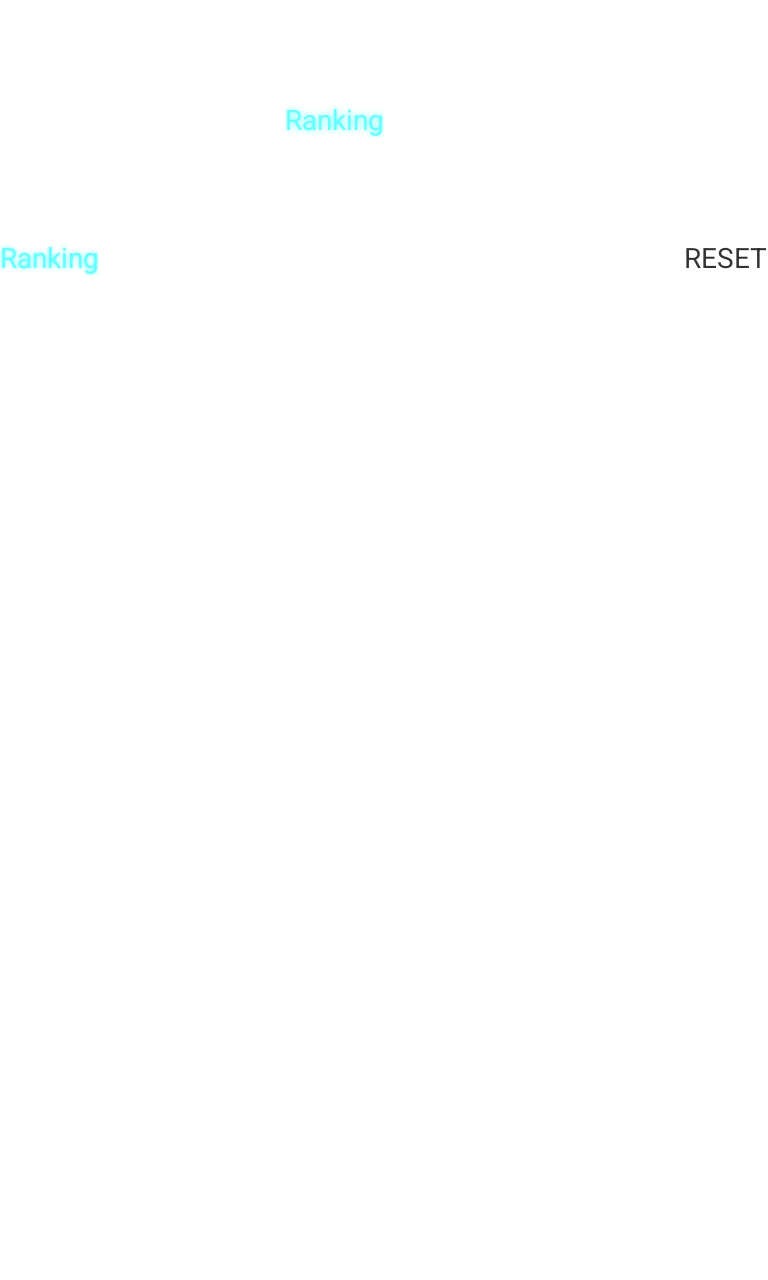
Repository: zwycid/dimension-drive-downside
Layout: lk/gameUIDesign/res/layout/ranking.xml
These files come from the project's save history. The layout is drawn as it stood at one moment and after the next save; the edit follows.
It is drawn on a 768 x 1280 px phone screen (xhdpi) without system bars, with theme AppTheme; the app's code is not run. Lists and similar views that code fills are empty.

Above is the layout before, as saved 2012-07-10 15:48:29.

After the next save:
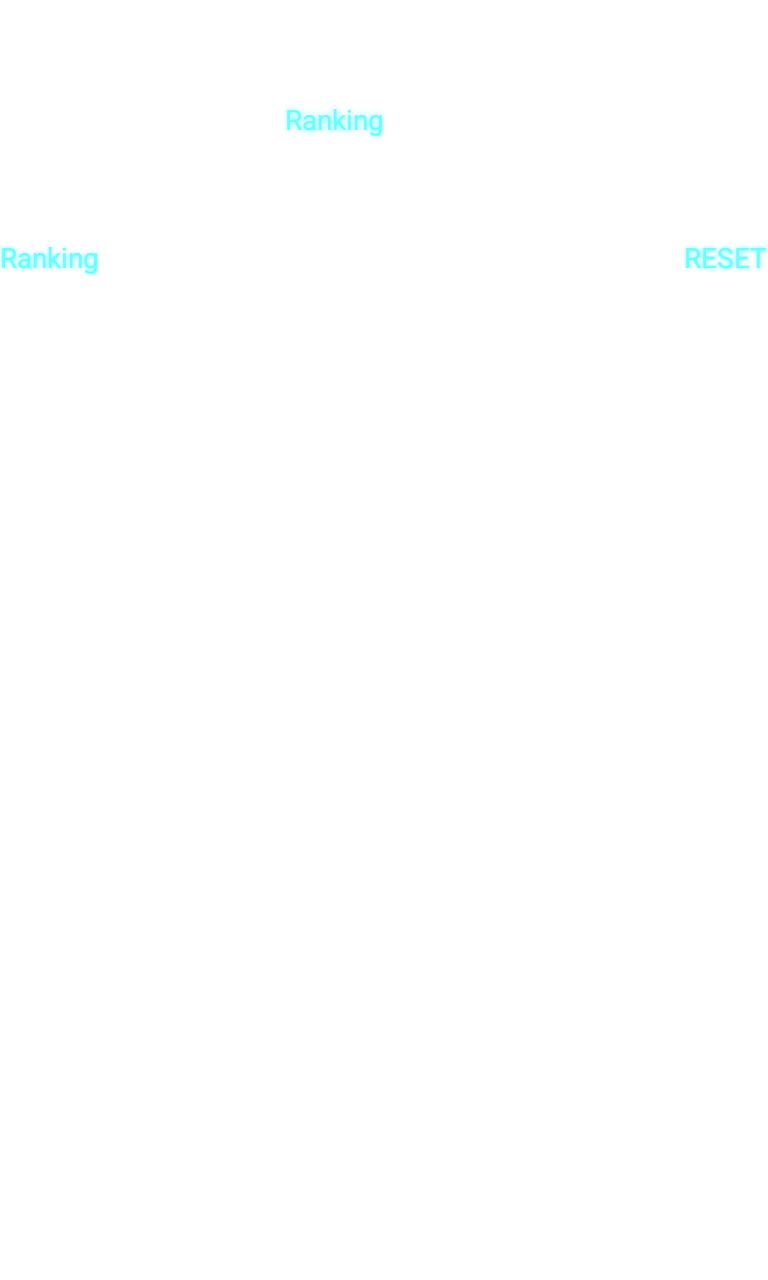
Saved 14 s later.
--- a/lk/gameUIDesign/res/layout/ranking.xml
+++ b/lk/gameUIDesign/res/layout/ranking.xml
@@ -31,14 +31,13 @@ style="@style/ButtonText"
 
     <TextView
         android:id="@+id/textView5"
-        android:layout_width="wrap_content"
-        android:layout_height="wrap_content"
+style="@style/ButtonText"
         android:layout_alignParentRight="true"
         android:layout_below="@+id/blankView2"
         android:text="@string/reset" />
 
     <ListView
-        android:id="@+id/listView1"
+        android:id="@+id/listViewRanking"
         android:layout_width="match_parent"
         android:layout_height="wrap_content"
         android:layout_below="@+id/textView4"
